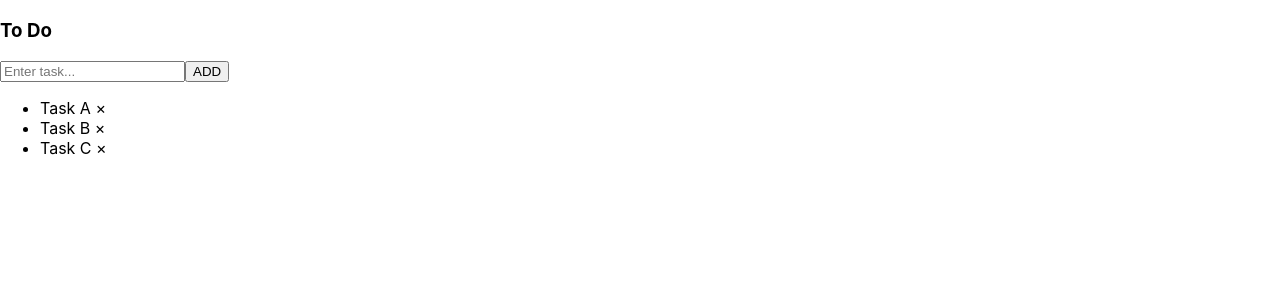
Repository: haidawngvn/hooks-bible
Page: /
An editor plug-in stored every save of this project. The page is shown before and after the next save, followed by the edit.
The browser window is 1280 px wide. The pictures show the whole page.
The project was rebuilt for these pictures with package versions that can differ from the ones it lists, and the page was loaded fresh each time. Also part of the build but not shown: src/Content3.js.

Above is the page before, as saved 2022-07-29 17:04:28.

After the next save:
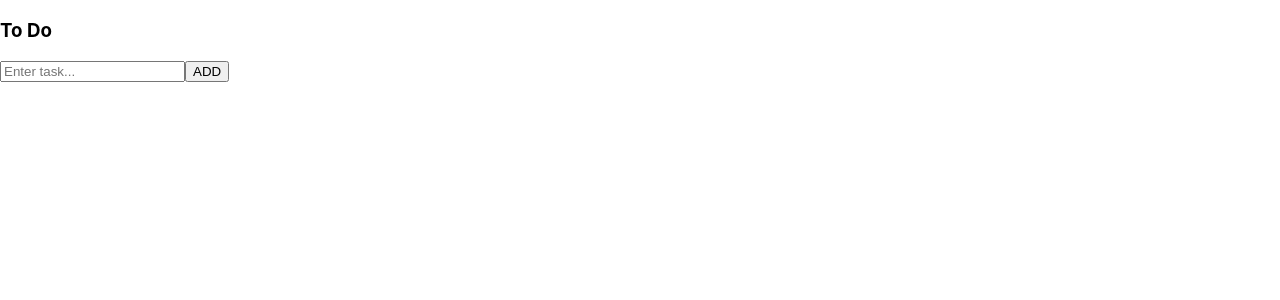
Saved 38 s later.
--- a/src/App.js
+++ b/src/App.js
@@ -32,10 +32,10 @@ function App() {
             />
             <button>ADD</button>
             <ul>
+                {jobs.map(job => (
 
-                <li>Task A &times;</li>
-                <li>Task B &times;</li>
-                <li>Task C &times;</li>
+                    <li>{job} &times;</li>
+                ))}
             </ul>
         </div>
     )
